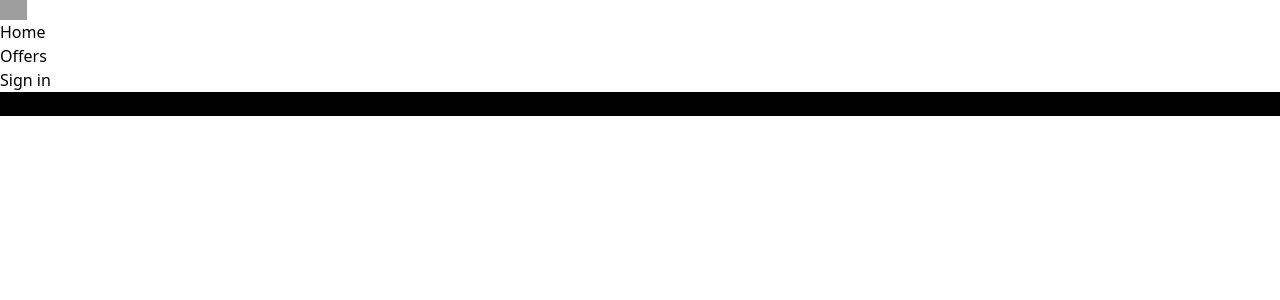
Repository: miraclesamson/realtor-clone
Page: /offers
An editor plug-in stored every save of this project. The page is shown before and after the next save, followed by the edit.
The browser window is 1280 px wide. The pictures show the whole page.
Pictures or frames that could not be fetched are drawn as grey boxes. The project was rebuilt for these pictures with package versions that can differ from the ones it lists, and the page was loaded fresh each time. Also part of the build but not shown: src/App.css, src/pages/Home.jsx, src/pages/Profile.jsx, src/pages/SignIn.jsx, src/pages/SignUp.jsx, src/pages/ForgotPassword.jsx.

Above is the page before, as saved 2022-09-19 13:00:30.

After the next save:
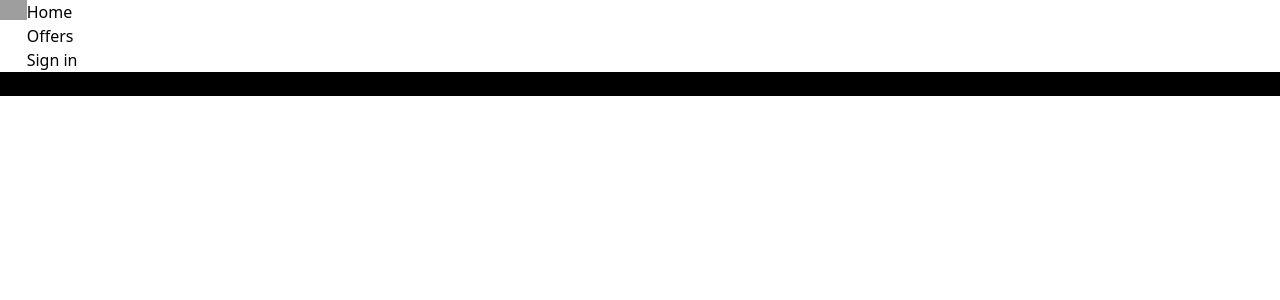
Saved 2 min 30 s later.
--- a/src/components/Header.jsx
+++ b/src/components/Header.jsx
@@ -3,7 +3,7 @@ import React from "react";
 export default function Header() {
   return (
     <div>
-      <header>
+      <header className="flex ">
         <div>
           <img
             src="https://static.rdc.moveaws.com/images/logos/rdc-logo-default.svg"
